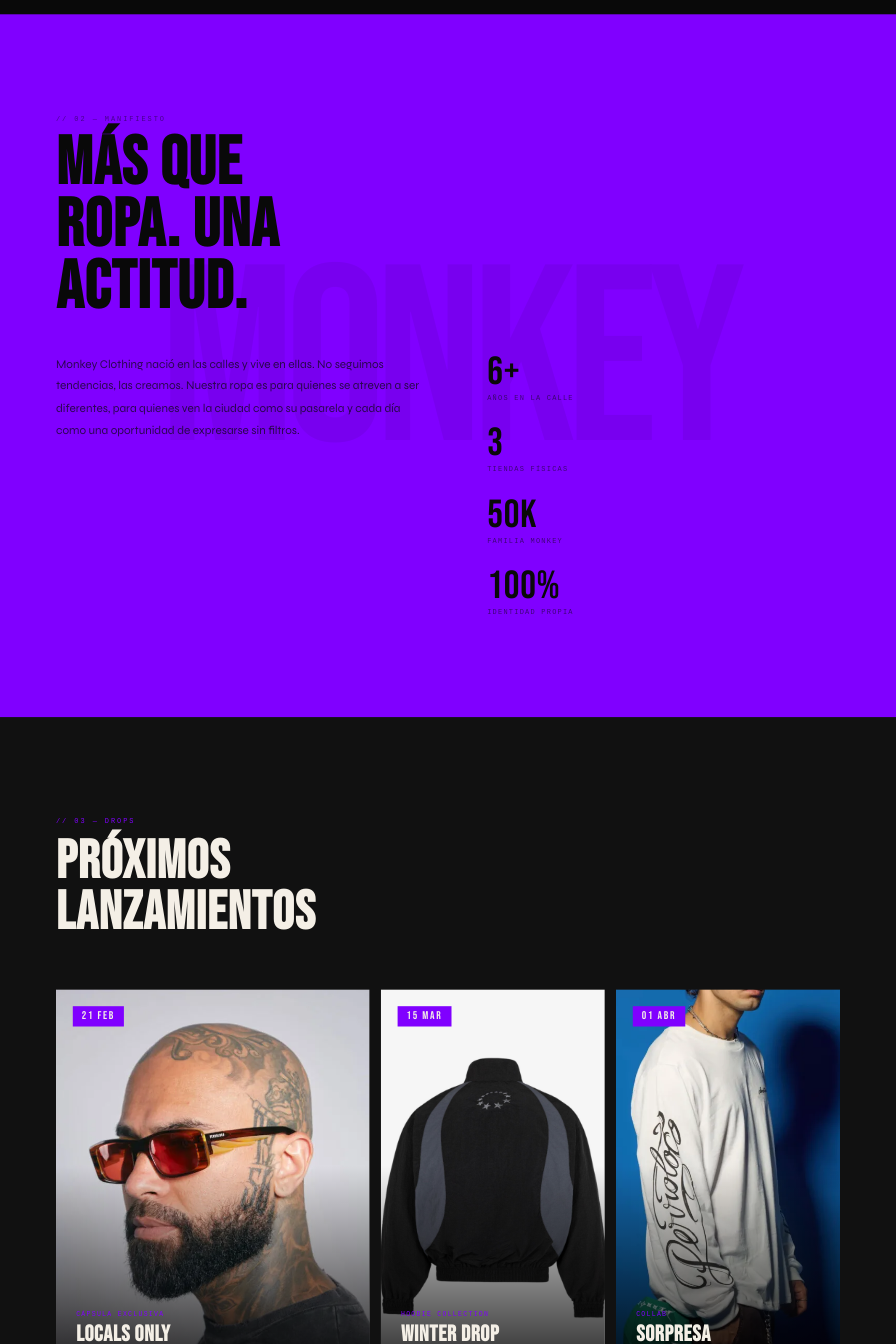
Repository: ZjhonzGz/MonkeyClothing
Page: Monkey Clothing/monkeyclothing/src/main/resources/static/index.html
An editor plug-in stored every save of this project. The page is shown before and after the next save, followed by the edit.
The browser window is 1280 px wide. The pictures show the part of the page from y = 1999 to 3919 px (the page is 5999 px tall before and 5724 px after), at 70% of full size.
Some web fonts or font styles are not loaded; a fallback is used.

Above is the page before, as saved 2026-02-22 23:11:54.

### Monkey Clothing/monkeyclothing/src/main/resources/static/index.html
<!DOCTYPE html>
<html lang="es">
<head>
  <meta charset="UTF-8" />
  <meta name="viewport" content="width=device-width, initial-scale=1.0" />
  <title>Monkey Clothing — Streetwear Premium</title>
  <meta name="description" content="Monkey Clothing. Streetwear premium hecho para las calles. Visita nuestros locales y vive la experiencia." />
  <link rel="preconnect" href="https://fonts.googleapis.com" />
  <link href="https://fonts.googleapis.com/css2?family=Bebas+Neue&family=Space+Mono:ital,wght@0,400;0,700;1,400&family=Syne:wght@400;600;700;800&display=swap" rel="stylesheet" />
  <link rel="stylesheet" href="css/style.css" />
</head>
<body>


  <!-- LOADER -->
  <div class="loader" id="loader">
    <div class="loader-logo">MONKEY<span>CLOTHING</span></div>
    <div class="loader-bar"><div class="loader-fill" id="loaderFill"></div></div>
  </div>

  <!-- NAV -->
  <header class="nav" id="nav">
    <a href="#" class="nav-logo">Monkey Clothing<span>.</span></a>

    <button class="nav-toggle" id="navToggle" aria-label="Menú">
      <span></span><span></span>
    </button>

    <ul class="nav-links" id="navLinks">
      <li><a href="#coleccion" class="nav-link">Colección</a></li>
      <li><a href="#nosotros"  class="nav-link">Nosotros</a></li>
      <li><a href="#drops"     class="nav-link">Drops</a></li>
      <li><a href="#tiendas"   class="nav-link">Tiendas</a></li>
    </ul>
  </header>

  <!-- ======= HERO ======= -->
  <section class="hero" id="home">
    <div class="hero-slides">

      <div class="hero-slide active">
        <div class="slide-overlay"></div>
        <img src="images/hero-slide-1.jpg" alt="Monkey Clothing" class="slide-art" />
      </div>

      <div class="hero-slide">
        <div class="slide-overlay"></div>
        <img src="images/hero-slide-2.jpg" alt="Monkey Clothing" class="slide-art" />
      </div>

      <div class="hero-slide">
        <div class="slide-overlay"></div>
        <img src="images/hero-slide-3.jpg" alt="Monkey Clothing" class="slide-art" />
      </div>

    </div>

    <!-- Ticker superior -->
    <div class="hero-ticker">
      <div class="ticker-track">
        <span>NUEVA COLECCIÓN 2025 <em>✦</em></span>
        <span>STREETWEAR PREMIUM <em>✦</em></span>
        <span>HECHO PARA LAS CALLES <em>✦</em></span>
        <span>LIMITED DROPS <em>✦</em></span>
        <span>MONKEY CLOTHING <em>✦</em></span>
        <span>NUEVA COLECCIÓN 2025 <em>✦</em></span>
        <span>STREETWEAR PREMIUM <em>✦</em></span>
        <span>HECHO PARA LAS CALLES <em>✦</em></span>
        <span>LIMITED DROPS <em>✦</em></span>
        <span>MONKEY CLOTHING <em>✦</em></span>
      </div>
    </div>

    <!-- Contenido hero -->
    <div class="hero-content">
      <p class="hero-tag" data-reveal>// SS2025 — Drop en tienda</p>
      <h1 class="hero-title" data-reveal>
        <span class="hero-title__line">MONKEY</span>
        <span class="hero-title__line hero-title__line--accent">CLOTHING</span>
      </h1>
      <div class="hero-bottom" data-reveal>
        <p class="hero-desc">No seguimos tendencias.<br>Las creamos.</p>
        <a href="#tiendas" class="btn-primary">
          Visita el local
          <svg viewBox="0 0 20 20" fill="none" stroke="currentColor" stroke-width="2">
            <path d="M4 10h12M12 5l5 5-5 5"/>
          </svg>
        </a>
      </div>
    </div>

    <!-- Slide indicators -->
    <div class="hero-indicators">
      <button class="indicator active" data-slide="0"></button>
      <button class="indicator" data-slide="1"></button>
      <button class="indicator" data-slide="2"></button>
    </div>

    <!-- Scroll hint -->
    <div class="hero-scroll-hint">
      <div class="scroll-line"></div>
      <span>scroll</span>
    </div>
  </section>

  <!-- ======= MARQUEE ======= -->
  <div class="marquee-band">
    <div class="marquee-inner">
      <div class="marquee-content">
        <span>Streetwear</span><span class="dot">◆</span>
        <span>Urban Culture</span><span class="dot">◆</span>
        <span>Limited Edition</span><span class="dot">◆</span>
        <span>Monkey Clothing</span><span class="dot">◆</span>
        <span>Perú</span><span class="dot">◆</span>
        <span>Premium Drops</span><span class="dot">◆</span>
        <span>Streetwear</span><span class="dot">◆</span>
        <span>Urban Culture</span><span class="dot">◆</span>
        <span>Limited Edition</span><span class="dot">◆</span>
        <span>Monkey Clothing</span><span class="dot">◆</span>
        <span>Perú</span><span class="dot">◆</span>
        <span>Premium Drops</span><span class="dot">◆</span>
      </div>
    </div>
  </div>

  <!-- ======= COLECCIÓN ======= -->
  <section class="section collection" id="coleccion">
    <div class="section-head reveal">
      <span class="section-tag">// 01 — Colección</span>
      <h2 class="section-title">Nuestra<br>Esencia</h2>
      <p class="section-subtitle">Cada pieza diseñada para quienes entienden que la ropa es un lenguaje. Identidad, no moda.</p>
    </div>

    <div class="collection-grid reveal">

      <!-- Card grande -->
      <article class="col-card col-card--hero">
        <div class="col-card__img">
          <img src="images/col-core.jpg" alt="Core Collection" class="col-card__art" />
          <div class="col-card__deco"></div>
        </div>
        <div class="col-card__info">
          <span class="col-card__tag">Signature Series</span>
          <h3 class="col-card__name">Core Collection</h3>
          <p class="col-card__desc">Los clásicos que definen quiénes somos</p>
        </div>
      </article>

      <!-- Grid derecho -->
      <div class="col-right">

        <article class="col-card">
          <div class="col-card__img">
            <img src="images/col-temporada.jpg" alt="Temporada" class="col-card__art" />
            <div class="col-card__deco"></div>
          </div>
          <div class="col-card__info">
            <span class="col-card__tag">Spring / Summer</span>
            <h3 class="col-card__name">Temporada</h3>
          </div>
        </article>

        <article class="col-card">
          <div class="col-card__img">
            <img src="images/col-accesorios.jpg" alt="Accesorios" class="col-card__art" />
            <div class="col-card__deco"></div>
          </div>
          <div class="col-card__info">
            <span class="col-card__tag">Headwear</span>
            <h3 class="col-card__name">Accesorios</h3>
          </div>
        </article>

        <article class="col-card">
          <div class="col-card__img">
            <img src="images/col-exclusivos.jpg" alt="Exclusivos" class="col-card__art" />
            <div class="col-card__deco"></div>
          </div>
          <div class="col-card__info">
            <span class="col-card__tag">Limited Drop</span>
            <h3 class="col-card__name">Exclusivos</h3>
          </div>
        </article>

        <article class="col-card">
          <div class="col-card__img">
            <img src="images/col-outerlayer.jpg" alt="Outer Layer" class="col-card__art" />
            <div class="col-card__deco"></div>
          </div>
          <div class="col-card__info">
            <span class="col-card__tag">Outerwear</span>
            <h3 class="col-card__name">Outer Layer</h3>
          </div>
        </article>

      </div>

    </div>
  </section>

  <!-- ======= NOSOTROS / MANIFESTO ======= -->
  <section class="section manifesto" id="nosotros">
    <div class="manifesto__bg-text" aria-hidden="true">MONKEY</div>
    <div class="manifesto__content reveal">
      <span class="section-tag">// 02 — Manifiesto</span>
      <h2 class="manifesto__title">Más Que<br>Ropa. Una<br>Actitud.</h2>
      <div class="manifesto__body">
        <p>Monkey Clothing nació en las calles y vive en ellas. No seguimos tendencias, las creamos. Nuestra ropa es para quienes se atreven a ser diferentes, para quienes ven la ciudad como su pasarela y cada día como una oportunidad de expresarse sin filtros.</p>
        <div class="manifesto__stats">
          <div class="stat">
            <span class="stat__num">6+</span>
            <span class="stat__label">Años en la calle</span>
          </div>
          <div class="stat">
            <span class="stat__num">3</span>
            <span class="stat__label">Tiendas físicas</span>
          </div>
          <div class="stat">
            <span class="stat__num">50K</span>
            <span class="stat__label">Familia Monkey</span>
          </div>
          <div class="stat">
            <span class="stat__num">100%</span>
            <span class="stat__label">Identidad propia</span>
          </div>
        </div>
      </div>
    </div>
  </section>

  <!-- ======= DROPS ======= -->
  <section class="section drops" id="drops">
    <div class="section-head reveal">
      <span class="section-tag">// 03 — Drops</span>
      <h2 class="section-title">Próximos<br>Lanzamientos</h2>
    </div>

    <div class="drops-grid reveal">

      <article class="drop-card drop-card--featured">
        <div class="drop-card__date">21 FEB</div>
        <img src="images/drop-locals-only.jpg" alt="Locals Only" class="drop-card__art" />
        <div class="drop-card__overlay">
          <span class="drop-card__tag">Cápsula Exclusiva</span>
          <h3 class="drop-card__name">Locals Only</h3>
          <p class="drop-card__sub">Solo en tienda física</p>
        </div>
      </article>

      <article class="drop-card">
        <div class="drop-card__date">15 MAR</div>
        <img src="images/drop-winter.jpg" alt="Winter Drop" class="drop-card__art" />
        <div class="drop-card__overlay">
          <span class="drop-card__tag">Hoodie Collection</span>
          <h3 class="drop-card__name">Winter Drop</h3>
          <p class="drop-card__sub">Coming soon</p>
        </div>
      </article>

      <article class="drop-card">
        <div class="drop-card__date">01 ABR</div>
        <img src="images/drop-collab.jpg" alt="Collab" class="drop-card__art" />
        <div class="drop-card__overlay">
          <span class="drop-card__tag">Collab</span>
          <h3 class="drop-card__name">Sorpresa</h3>
          <p class="drop-card__sub">Stay tuned</p>
        </div>
      </article>

    </div>
  </section>

  <!-- ======= TIENDAS ======= -->
  <section class="section stores" id="tiendas">
    <div class="section-head reveal">
      <span class="section-tag">// 04 — Locales</span>
      <h2 class="section-title">Visítanos</h2>
      <p class="section-subtitle">La ropa se siente diferente en persona. Ven y vive la experiencia Monkey.</p>
    </div>

    <div class="stores-list reveal">

      <div class="store-item">
        <div class="store-item__num">01</div>
        <div class="store-item__info">
          <h3 class="store-item__city">Lima Centro</h3>
          <p class="store-item__addr">Jr. de la Unión 456, Lima</p>
          <p class="store-item__hours">Lun–Sáb 10am–9pm &nbsp;·&nbsp; Dom 11am–7pm</p>
        </div>
        <a href="#" class="store-item__cta">
          Ver mapa
          <svg viewBox="0 0 16 16" fill="none" stroke="currentColor" stroke-width="1.5">
            <path d="M3 8h10M9 4l4 4-4 4"/>
          </svg>
        </a>
      </div>

      <div class="store-item">
        <div class="store-item__num">02</div>
        <div class="store-item__info">
          <h3 class="store-item__city">Miraflores</h3>
          <p class="store-item__addr">Av. Larco 890, Piso 2</p>
          <p class="store-item__hours">Lun–Sáb 10am–9pm &nbsp;·&nbsp; Dom 11am–7pm</p>
        </div>
        <a href="#" class="store-item__cta">
          Ver mapa
          <svg viewBox="0 0 16 16" fill="none" stroke="currentColor" stroke-width="1.5">
            <path d="M3 8h10M9 4l4 4-4 4"/>
          </svg>
        </a>
      </div>

      <div class="store-item">
        <div class="store-item__num">03</div>
        <div class="store-item__info">
          <h3 class="store-item__city">San Isidro</h3>
          <p class="store-item__addr">Av. El Golf 234</p>
          <p class="store-item__hours">Lun–Sáb 10am–9pm &nbsp;·&nbsp; Dom 11am–7pm</p>
        </div>
        <a href="#" class="store-item__cta">
          Ver mapa
          <svg viewBox="0 0 16 16" fill="none" stroke="currentColor" stroke-width="1.5">
            <path d="M3 8h10M9 4l4 4-4 4"/>
          </svg>
        </a>
      </div>

    </div>

    <!-- CTA experiencia -->
    <div class="stores-cta reveal">
      <h2 class="stores-cta__title">Vive La<br><em>Experiencia</em></h2>
      <a href="#tiendas" class="btn-outline">Encuentra tu local más cercano</a>
    </div>

  </section>

  <!-- ======= FOOTER ======= -->
  <footer class="footer" id="footer">
    <div class="footer__top">
      <div class="footer__brand">
        <span class="footer__logo">Monkey Clothing</span>
        <p>Streetwear premium para quienes viven la ciudad con actitud.</p>
        <div class="footer__social">
          <a href="#" class="social-btn" aria-label="Instagram">IG</a>
          <a href="#" class="social-btn" aria-label="TikTok">TK</a>
          <a href="#" class="social-btn" aria-label="Facebook">FB</a>
          <a href="#" class="social-btn" aria-label="YouTube">YT</a>
        </div>
      </div>

      <div class="footer__col">
        <h4>Navegación</h4>
        <ul>
          <li><a href="#coleccion">Colección</a></li>
          <li><a href="#nosotros">Nosotros</a></li>
          <li><a href="#drops">Drops</a></li>
          <li><a href="#tiendas">Tiendas</a></li>
        </ul>
      </div>

      <div class="footer__col">
        <h4>Locales</h4>
        <ul>
          <li><a href="#">Lima Centro</a></li>
          <li><a href="#">Miraflores</a></li>
          <li><a href="#">San Isidro</a></li>
        </ul>
      </div>

      <div class="footer__col">
        <h4>Contacto</h4>
        <ul>
          <li><a href="mailto:hola@monkeyclothing.pe">hola@monkeyclothing.pe</a></li>
          <li><a href="#">WhatsApp</a></li>
          <li><a href="#">Instagram DM</a></li>
        </ul>
      </div>
    </div>

    <div class="footer__bottom">
      <p>© 2025 Monkey Clothing. Todos los derechos reservados.</p>
	  <a href="/admin" class="footer__admin-link">Panel Admin ↗</a>
    </div>
  </footer>

  <script src="js/js.js"></script>
</body>
</html>

Loaded but not shown: Monkey Clothing/monkeyclothing/src/main/resources/static/js/js.js (264 lines, source omitted); Monkey Clothing/monkeyclothing/src/main/resources/static/css/style.css (890 lines, source omitted)

After the next save:
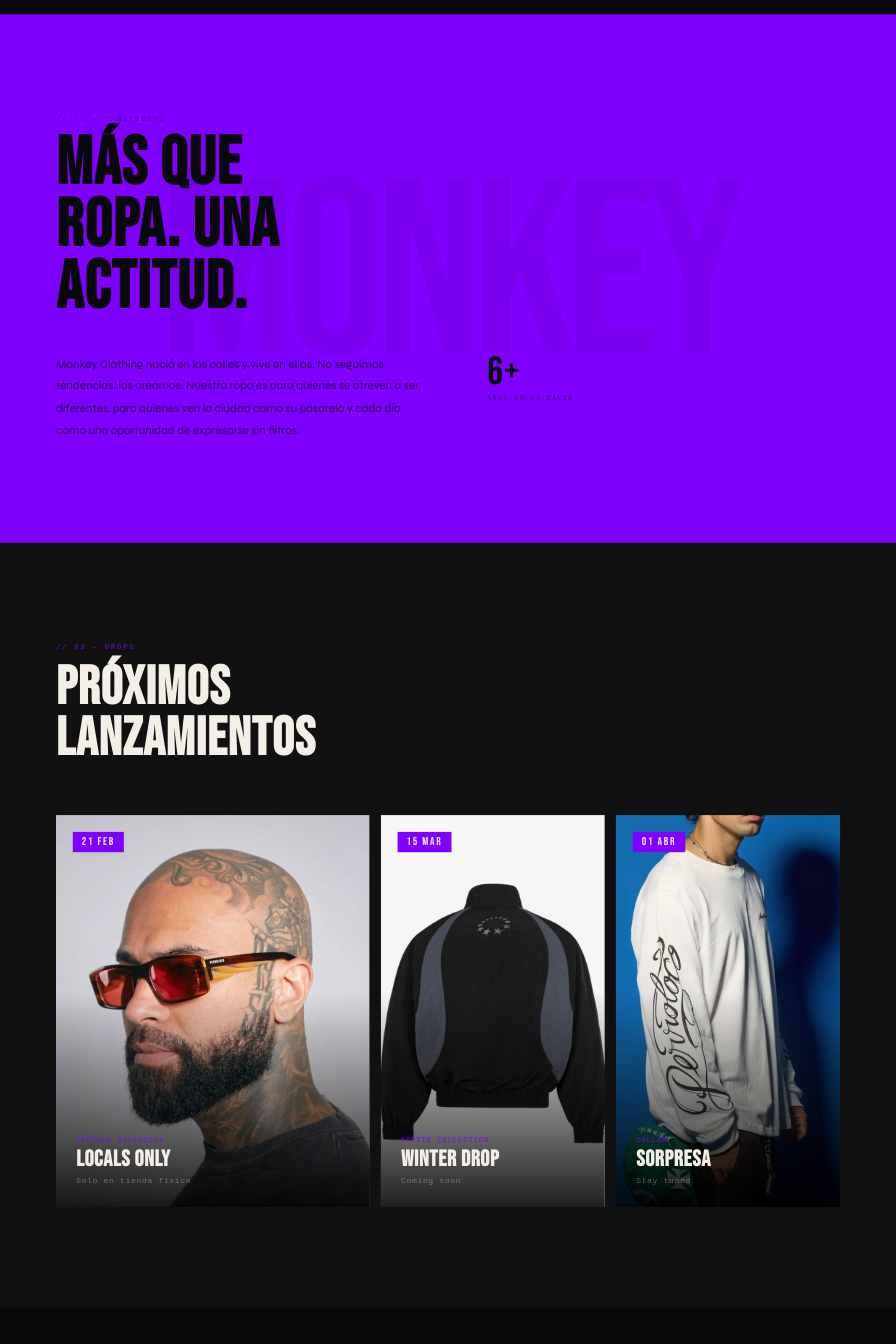
Saved 2 min 34 s later.
--- a/Monkey Clothing/monkeyclothing/src/main/resources/static/index.html
+++ b/Monkey Clothing/monkeyclothing/src/main/resources/static/index.html
@@ -211,17 +211,6 @@
             <span class="stat__num">6+</span>
             <span class="stat__label">Años en la calle</span>
           </div>
-          <div class="stat">
-            <span class="stat__num">3</span>
-            <span class="stat__label">Tiendas físicas</span>
-          </div>
-          <div class="stat">
-            <span class="stat__num">50K</span>
-            <span class="stat__label">Familia Monkey</span>
-          </div>
-          <div class="stat">
-            <span class="stat__num">100%</span>
-            <span class="stat__label">Identidad propia</span>
           </div>
         </div>
       </div>
@@ -341,12 +330,6 @@
       <div class="footer__brand">
         <span class="footer__logo">Monkey Clothing</span>
         <p>Streetwear premium para quienes viven la ciudad con actitud.</p>
-        <div class="footer__social">
-          <a href="#" class="social-btn" aria-label="Instagram">IG</a>
-          <a href="#" class="social-btn" aria-label="TikTok">TK</a>
-          <a href="#" class="social-btn" aria-label="Facebook">FB</a>
-          <a href="#" class="social-btn" aria-label="YouTube">YT</a>
-        </div>
       </div>
 
       <div class="footer__col">
@@ -371,9 +354,7 @@
       <div class="footer__col">
         <h4>Contacto</h4>
         <ul>
-          <li><a href="mailto:hola@monkeyclothing.pe">hola@monkeyclothing.pe</a></li>
-          <li><a href="#">WhatsApp</a></li>
-          <li><a href="#">Instagram DM</a></li>
+          <li><a href="mailto:ventas@monkeyclothing.pe">ventas@monkeyclothing.pe</a></li>
         </ul>
       </div>
     </div>
